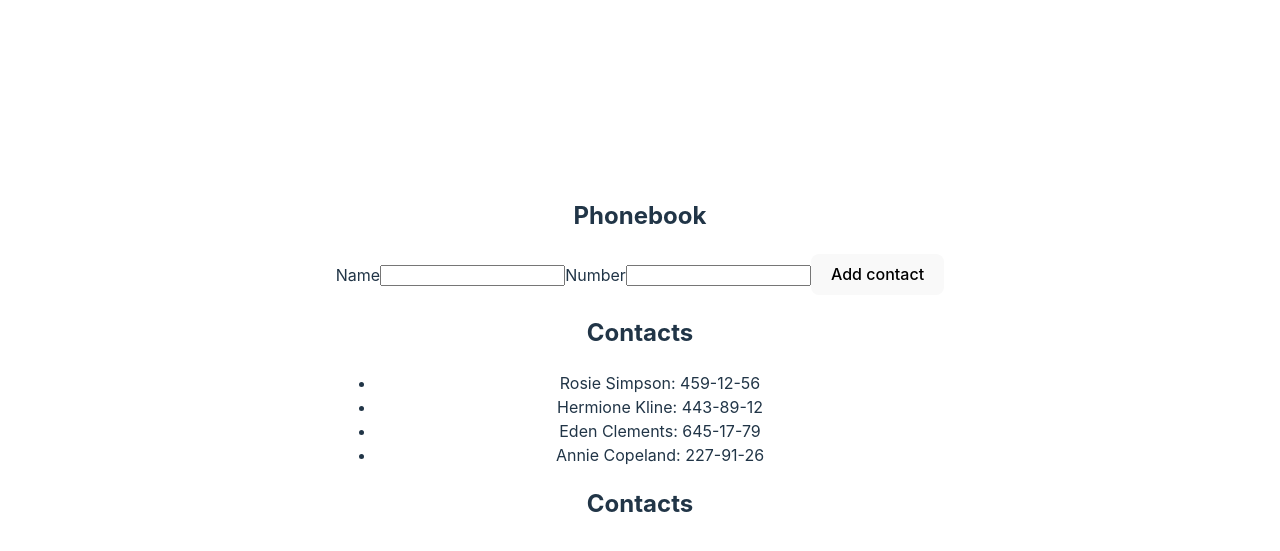
Repository: MagdalenaTyminska/React-Project-2
Page: /
These files come from the project's save history. The page is drawn as it stood at one moment and after the next save; the edit follows.
The browser window is 1280 px wide. The pictures show the whole page.
The project was rebuilt for these pictures with package versions that can differ from the ones it lists, and the page was loaded fresh each time. Also part of the build but not shown: vite.config.ts.

Above is the page before, as saved 2024-11-06 22:32:34.

### index.html
<!DOCTYPE html>
<html lang="en">
	<head>
		<meta charset="UTF-8" />
		<link rel="icon" type="image/svg+xml" href="/vite.svg" />
		<meta name="viewport" content="width=device-width, initial-scale=1.0" />
		<title>Project-2</title>
	</head>
	<body>
		<div id="root"></div>
		<script type="module" src="/src/main.tsx"></script>
	</body>
</html>

### src/main.tsx
import React from 'react';
import ReactDOM from 'react-dom/client';
import { App } from './App.tsx';
import './index.css';

ReactDOM.createRoot(document.getElementById('root')!).render(
	<React.StrictMode>
		<App />
	</React.StrictMode>
);

### src/App.tsx
import './App.css';
import { Component } from 'react';
import { Section } from './Section/Section';
import { Form } from './Form/Form';
import { ContactList } from './ContactList/ContactList';

class App extends Component {
	constructor(props) {
		super(props);
		this.state = {
			contacts: [], // Początkowo lista kontaktów jest pusta
		};
	}

	// Funkcja do dodawania nowego kontaktu
	addContact = (newContact) => {
		this.setState((prevState) => ({
			contacts: [...prevState.contacts, newContact],
		}));
	};

	render() {
		return (
			<div>
				<Section title='Phonebook'>
					<Form addContact={this.addContact} />
				</Section>
				<Section title='Contacts'>
					<ContactList contacts={this.state.contacts} />
				</Section>
			</div>
		);
	}
}

export { App };

### src/Section/Section.tsx
import { Component, ReactNode } from 'react';

type SectionProps = {
	title: string;
	children: ReactNode;
};

export class Section extends Component<SectionProps> {
	render() {
		const { title, children } = this.props;

		return (
			<section>
				<h2>{title}</h2>
				{children}
			</section>
		);
	}
}

### src/Form/Form.tsx
import { Component } from 'react';
import { Input } from './Input/Input';
import { nanoid } from 'nanoid';
import users from '../users.json';

interface Contact {
	id: string;
	name: string;
	number: string;
}

interface FormState {
	contacts: Contact[];
	name: string;
	number: string;
}

export class Form extends Component<{}, FormState> {
	state: FormState = {
		contacts: users as Contact[],
		name: '',
		number: '',
	};

	handleChange = (event: React.ChangeEvent<HTMLInputElement>): void => {
		const { name, value } = event.target;
		this.setState({
			[name]: value,
		} as Pick<FormState, 'name' | 'number'>);
	};

	handleSubmit = (event: React.FormEvent): void => {
		event.preventDefault();
		const { name, number, contacts } = this.state;

		if (contacts.some((contact) => contact.name === name)) {
			alert(`${name} is already in contacts.`);
			return;
		}

		const newContact: Contact = {
			id: nanoid(),
			name,
			number,
		};

		this.setState((prevState) => ({
			contacts: [...prevState.contacts, newContact],
			name: '',
			number: '',
		}));
	};

	render() {
		const { name, number } = this.state;

		return (
			<>
				<form onSubmit={this.handleSubmit}>
					<Input
						label='Name'
						type='text'
						name='name'
						pattern="^[a-zA-Zа-яА-Я]+(([' -][a-zA-Zа-яА-Я])?[a-zA-Zа-яА-Я]*)*$"
						title='Name may contain only letters, apostrophe, dash and spaces.'
						required
						value={name}
						onChange={this.handleChange}
					/>
					<Input
						label='Number'
						type='tel'
						name='number'
						pattern='\+?\d{1,4}?[-.\s]?\(?\d{1,3}?\)?[-.\s]?\d{1,4}[-.\s]?\d{1,4}[-.\s]?\d{1,9}'
						title='Phone number must be digits and can contain spaces, dashes, parentheses and can start with +'
						required
						value={number}
						onChange={this.handleChange}
					/>
					<button type='submit'>Add contact</button>
				</form>

				<h2>Contacts</h2>
				<ul>
					{this.state.contacts.map((contact) => (
						<li key={contact.id}>
							{contact.name}: {contact.number}
						</li>
					))}
				</ul>
			</>
		);
	}
}

### src/ContactList/ContactList.tsx
import{ Component } from 'react';

class ContactList extends Component {
	render() {
		const { contacts } = this.props;

		return (
			<ul>
				{contacts.map((contact, index) => (
					<li key={index}>{contact}</li>
				))}
			</ul>
		);
	}
}

export { ContactList };

### src/Form/Input/Input.tsx
import { Component } from 'react';

type InputProps = {
	label: string;
	type: string;
	name: string;
	pattern: string;
	title: string;
	required: boolean;
	value: string;
	onChange: (event: React.ChangeEvent<HTMLInputElement>) => void;
};

export class Input extends Component<InputProps> {
	render() {
		const { label, type, name, pattern, title, required, onChange, value } = this.props;

		return (
			<>
				<label>{label}</label>
				<input type={type} name={name} pattern={pattern} title={title} required={required} onChange={onChange} value={value} />
			</>
		);
	}
}

### src/users.json
[
    {
        "id": "id-1",
        "name": "Rosie Simpson",
        "number": "459-12-56"
    },
    {
        "id": "id-2",
        "name": "Hermione Kline",
        "number": "443-89-12"
    },
    {
        "id": "id-3",
        "name": "Eden Clements",
        "number": "645-17-79"
    },
    {
        "id": "id-4",
        "name": "Annie Copeland",
        "number": "227-91-26"
    }
]

Loaded but not shown: src/index.css (common file); src/App.css (common file)

After the next save:
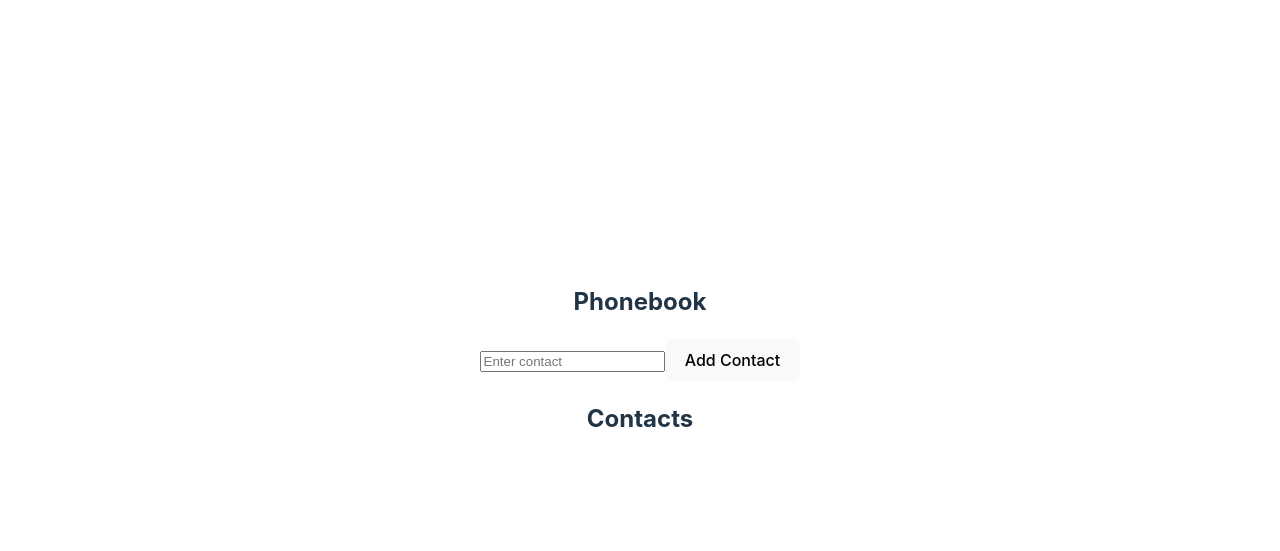
Saved 33 s later.
--- a/src/Form/Form.tsx
+++ b/src/Form/Form.tsx
@@ -1,94 +1,33 @@
-import { Component } from 'react';
-import { Input } from './Input/Input';
-import { nanoid } from 'nanoid';
-import users from '../users.json';
+import React, { Component } from 'react';
 
-interface Contact {
-	id: string;
-	name: string;
-	number: string;
-}
+class Form extends Component {
+	constructor(props) {
+		super(props);
+		this.state = {
+			newContact: '',
+		};
+	}
 
-interface FormState {
-	contacts: Contact[];
-	name: string;
-	number: string;
-}
-
-export class Form extends Component<{}, FormState> {
-	state: FormState = {
-		contacts: users as Contact[],
-		name: '',
-		number: '',
+	handleInputChange = (event) => {
+		this.setState({ newContact: event.target.value });
 	};
 
-	handleChange = (event: React.ChangeEvent<HTMLInputElement>): void => {
-		const { name, value } = event.target;
-		this.setState({
-			[name]: value,
-		} as Pick<FormState, 'name' | 'number'>);
-	};
-
-	handleSubmit = (event: React.FormEvent): void => {
+	handleSubmit = (event) => {
 		event.preventDefault();
-		const { name, number, contacts } = this.state;
-
-		if (contacts.some((contact) => contact.name === name)) {
-			alert(`${name} is already in contacts.`);
-			return;
+		if (this.state.newContact) {
+			this.props.addContact(this.state.newContact);
+			this.setState({ newContact: '' }); // Reset formularza po dodaniu kontaktu
 		}
-
-		const newContact: Contact = {
-			id: nanoid(),
-			name,
-			number,
-		};
-
-		this.setState((prevState) => ({
-			contacts: [...prevState.contacts, newContact],
-			name: '',
-			number: '',
-		}));
 	};
 
 	render() {
-		const { name, number } = this.state;
-
 		return (
-			<>
-				<form onSubmit={this.handleSubmit}>
-					<Input
-						label='Name'
-						type='text'
-						name='name'
-						pattern="^[a-zA-Zа-яА-Я]+(([' -][a-zA-Zа-яА-Я])?[a-zA-Zа-яА-Я]*)*$"
-						title='Name may contain only letters, apostrophe, dash and spaces.'
-						required
-						value={name}
-						onChange={this.handleChange}
-					/>
-					<Input
-						label='Number'
-						type='tel'
-						name='number'
-						pattern='\+?\d{1,4}?[-.\s]?\(?\d{1,3}?\)?[-.\s]?\d{1,4}[-.\s]?\d{1,4}[-.\s]?\d{1,9}'
-						title='Phone number must be digits and can contain spaces, dashes, parentheses and can start with +'
-						required
-						value={number}
-						onChange={this.handleChange}
-					/>
-					<button type='submit'>Add contact</button>
-				</form>
-
-				<h2>Contacts</h2>
-				<ul>
-					{this.state.contacts.map((contact) => (
-						<li key={contact.id}>
-							{contact.name}: {contact.number}
-						</li>
-					))}
-				</ul>
-			</>
+			<form onSubmit={this.handleSubmit}>
+				<input type='text' value={this.state.newContact} onChange={this.handleInputChange} placeholder='Enter contact' />
+				<button type='submit'>Add Contact</button>
+			</form>
 		);
 	}
 }
+
+export { Form };
